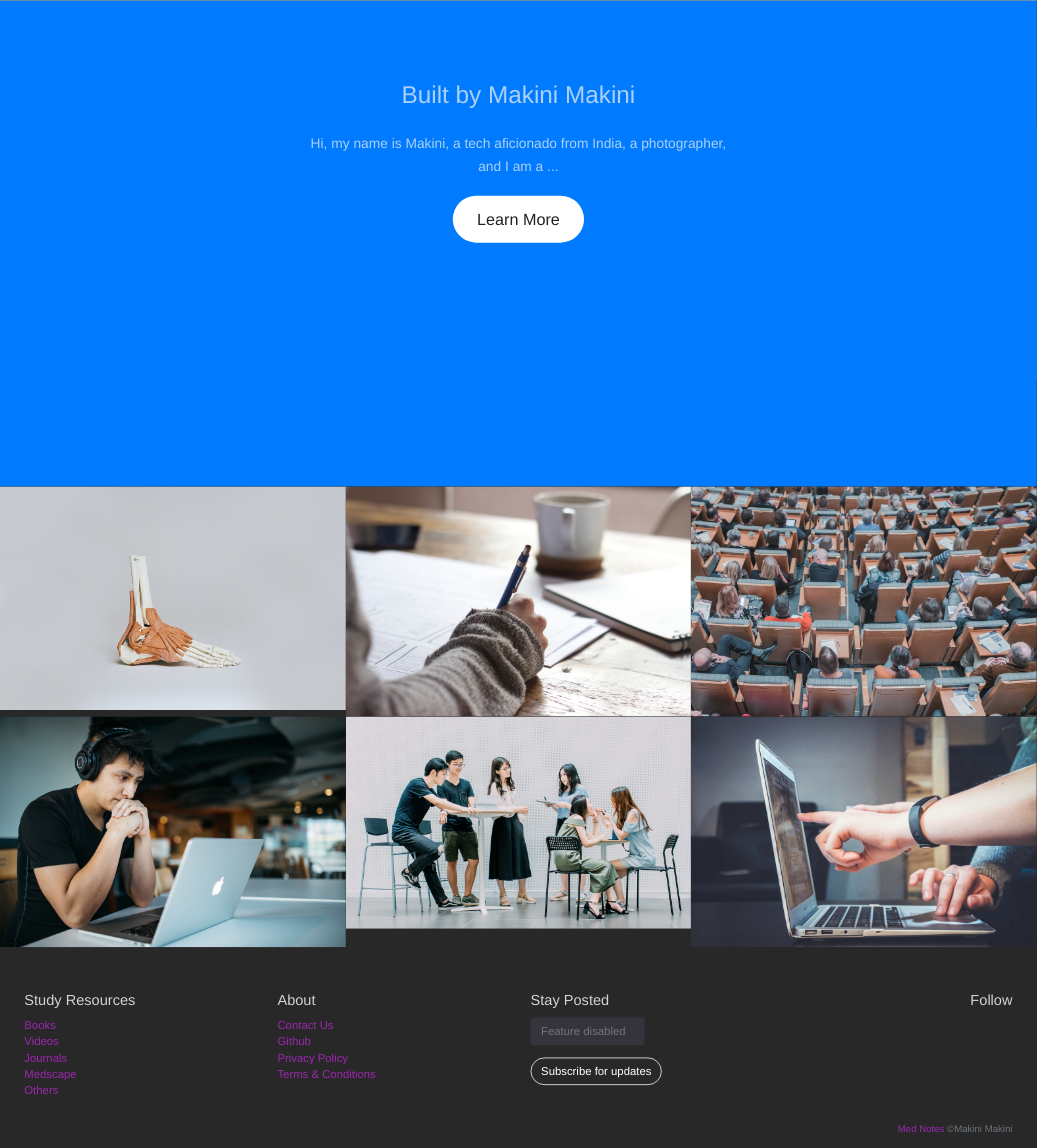
Repository: MakiniMakini/AMSUN-NOTES
Page: http://localhost/
An editor plug-in stored every save of this project. The page is shown before and after the next save, followed by the edit.
The browser window is 1280 px wide. The pictures show the part of the page from y = 787 to 2204 px (the page is 2204 px tall), at 81% of full size.
Some web fonts or font styles are not loaded; a fallback is used. The page is served by the project's application, run on Flask 3 (application.py). Other server files are loaded and not shown.

Above is the page before, as saved 2020-12-23 13:35:09.

### templates/home.html
{% extends "layout.html" %}

{% block title %}
    Home
{% endblock %}

{% block main %}


<header id="first">
    <div class="header-content">
        <div class="inner">
            {% if session.user_id %}
            <h1 class="cursive">Welcome, Medical Student Notes</h1>
            <h4>An easy way to watch Youtube Videos and save notes</h4>
            <hr>
                <a href="https://www.youtube.com" target="blank"  class="btn btn-primary btn-xl">Search Youtube</a> &nbsp; <a href="/home" class="btn btn-primary btn-xl page-scroll">Get Started</a>
            {% else %}
                <h1 class="cursive">Amsun Notes</h1>
                <hr>
                <a href="#video-background" id="toggleVideo" data-toggle="collapse" class="btn btn-primary btn-xl">About</a> &nbsp; <a href="/login" class="btn btn-primary btn-xl page-scroll">Get Started</a>
            {% endif %}
        </div>
    </div>
</header>
<section  id="one"  class="bg-primary" >
    <div class="container">
        <div class="row">
            <div class="col-lg-6 col-lg-offset-3 col-md-8 col-md-offset-2 text-center">
                <h2 class="margin-top-0  text-faded">Built by Makini Makini</h2>
                <br>
                <p class="text-faded">
                    Hi, my name is Makini, a tech aficionado from India, a photographer, and I am a ...
                </p>
                <a href="https://makini-makini.herokuapp.com" class="btn btn-default btn-xl page-scroll" target="blank">Learn More </a>
            </div>
        </div>
    </div>
</section>

<section id="three" class="no-padding">
    <div class="container-fluid">
        <div class="row no-gutter">
            <div class="col-lg-4 col-sm-6">
                <a href="#galleryModal" class="gallery-box" data-toggle="modal" data-src="./assets/deer.jpg">
                    <img src="/static/images/deer.jpg" class="img-responsive" alt="Image 1">
                    <div class="gallery-box-caption">
                        <div class="gallery-box-content">
                            <div>
                                <i class="icon-lg ion-ios-search"></i>
                            </div>
                        </div>
                    </div>
                </a>
            </div>
            <div class="col-lg-4 col-sm-6">
                <a href="#galleryModal" class="gallery-box" data-toggle="modal" data-src="/static/images/beach.jpg">
                    <img src="/static/images/beach.jpg" class="img-responsive" alt="Image 2">
                    <div class="gallery-box-caption">
                        <div class="gallery-box-content">
                            <div>
                                <i class="icon-lg ion-ios-search"></i>
                            </div>
                        </div>
                    </div>
                </a>
            </div>
            <div class="clearfix hidden-lg"> </div>
            <div class="col-lg-4 col-sm-6">
                <a href="#galleryModal" class="gallery-box" data-toggle="modal" data-src="./assets/lake.jpg">
                    <img src="/static/images/lake.jpg" class="img-responsive" alt="Image 3">
                    <div class="gallery-box-caption">
                        <div class="gallery-box-content">
                            <div>
                                <i class="icon-lg ion-ios-search"></i>
                            </div>
                        </div>
                    </div>
                </a>
            </div>
            <div class="col-lg-4 col-sm-6">
                <a href="#galleryModal" class="gallery-box" data-toggle="modal" data-src="./assets/bike.jpg">
                    <img src="/static/images/bike.jpg" class="img-responsive" alt="Image 4">
                    <div class="gallery-box-caption">
                        <div class="gallery-box-content">
                            <div>
                                <i class="icon-lg ion-ios-search"></i>
                            </div>
                        </div>
                    </div>
                </a>
            </div>
            <div class="clearfix hidden-lg"> </div>
            <div class="col-lg-4 col-sm-6">
                <a href="#galleryModal" class="gallery-box" data-toggle="modal" data-src="./assets/city.jpg">
                    <img src="/static/images/city.jpg" class="img-responsive" alt="Image 5">
                    <div class="gallery-box-caption">
                        <div class="gallery-box-content">
                            <div>
                                <i class="icon-lg ion-ios-search"></i>
                            </div>
                        </div>
                    </div>
                </a>
            </div>
            <div class="col-lg-4 col-sm-6">
                <a href="#galleryModal" class="gallery-box" data-toggle="modal" data-src="./assets/colors.jpg">
                    <img src="/static/images/colors.jpg" class="img-responsive" alt="Image 6">
                    <div class="gallery-box-caption">
                        <div class="gallery-box-content">
                            <div>
                                <i class="icon-lg ion-ios-search"></i>
                            </div>
                        </div>
                    </div>
                </a>
            </div>
        </div>
    </div>
</section>



<footer id="footer">
    <div class="container-fluid">
        <div class="row">
            <div class="col-xs-6 col-sm-3 column">
                <h4>Study Resources</h4>
                <ul class="list-unstyled">
                    <li><a href="https://www.pdfdrive.com/category/45" target="blank">Books</a></li>
                    <li><a href="https://www.youtube.com/c/osmosis/videos" target="blank">Videos</a></li>
                    <li><a href="http://www.freemedicaljournals.com" target="blank">Journals</a></li>
                    <li><a href="http://www.medscape.com" target="blank">Medscape</a></li>
                    <li><a href="https://www.youtube.com/user/armandohasudungan/videos" target="blank">Others</a></li>
                </ul>
            </div>
            <div class="col-xs-6 col-sm-3 column">
                <h4>About</h4>
                <ul class="list-unstyled">
                    <li><a href="mailto:brianmakini@gmail.com">Contact Us</a></li>
                    <li><a href="https://github.com/MakiniMakini" target="blank">Github</a></li>
                    <li><a href="#">Privacy Policy</a></li>
                    <li><a href="#">Terms &amp; Conditions</a></li>
                </ul>
            </div>
            <div class="col-xs-12 col-sm-3 column">
                <h4>Stay Posted</h4>
                <form>
                    <div class="form-group">
                      <input type="text" class="form-control-email" title="No spam, we promise!" placeholder="Feature disabled">
                    </div>
                    <div class="form-group">
                      <button class="btn btn-primary" data-toggle="modal" data-target="#alertModal" type="button">Subscribe for updates</button>
                    </div>
                </form>
            </div>
            <div class="col-xs-12 col-sm-3 text-right">
                <h4>Follow</h4>
                <ul class="list-inline">
                  <li><a rel="nofollow" href="" title="Twitter"><i class="icon-lg ion-social-twitter-outline"></i></a>&nbsp;</li>
                  <li><a rel="nofollow" href="" title="Facebook"><i class="icon-lg ion-social-facebook-outline"></i></a>&nbsp;</li>
                  <li><a rel="nofollow" href="" title="Dribble"><i class="icon-lg ion-social-dribbble-outline"></i></a></li>
                </ul>
            </div>
        </div>
        <br/>
        <span class="pull-right text-muted small"><a href="#">Med Notes</a> ©Makini Makini</span>
    </div>
</footer>

<!--scripts loaded here -->
<script src="/js/jquery.min.js"></script>
<script src="/js/bootstrap.min.js"></script>
<script src="/js/jquery.easing.min.js"></script>
<script src="/js/wow.js"></script>
<script src="/js/scripts.js"></script>


{% endblock %}

### templates/layout.html
<!DOCTYPE html>
<html lang="en">
    <head>
        <!-- Required meta tags -->
        <meta charset="utf-8">
        <meta name="viewport" content="width=device-width, initial-scale=1, shrink-to-fit=no">

        <!-- documentation at http://getbootstrap.com/docs/4.1/, alternative themes at https://bootswatch.com/ -->
        <link href="https://maxcdn.bootstrapcdn.com/bootstrap/4.1.3/css/bootstrap.min.css" rel="stylesheet">

        <!-- https://favicon.io/emoji-favicons/money-mouth-face/ -->
        <link href="/static/favicon.ico" rel="icon">

        <link href="/static/styles.css" rel="stylesheet">
        <link rel="stylesheet" href="/static/bootstrap.min.css" />
        <link rel="stylesheet" href="/static/animate.min.css" />
        <link rel="stylesheet" href="/static/ionicons.min.css" />
        <link rel="stylesheet" href="/static/styles2.css" />
        <link rel="stylesheet" href="/static/profile.css" />

        <script src="https://code.jquery.com/jquery-3.3.1.min.js"></script>
        <script src="https://cdnjs.cloudflare.com/ajax/libs/popper.js/1.14.3/umd/popper.min.js"></script>
        <script src="https://maxcdn.bootstrapcdn.com/bootstrap/4.1.3/js/bootstrap.min.js"></script>

        <title>AMSUN Notes: {% block title %}{% endblock %}</title>
    </head>

    <body>

        <nav class="navbar navbar-expand-md navbar-light bg-none pl-5 pr-5 m-0 fixed-top">
            <a class="navbar-brand" href="/"><span class="blue">A</span><span class="red">M</span><span class="yellow">S</span><span class="green">U</span><span class="yellow">N</span> <span class="blue">Notes</span></a>
            <button aria-controls="navbar" aria-expanded="false" aria-label="Toggle navigation" class="navbar-toggler" data-target="#navbar" data-toggle="collapse" type="button">
                <span class="navbar-toggler-icon"></span>
            </button>
            <div class="collapse navbar-collapse" id="navbar" >
                {% if session.user_id %}
                    <ul class="navbar-nav mr-auto mt-2">
                        <li class="nav-item"><a class="nav-link" href="/home">New Note</a></li>
                        <li class="nav-item"><a class="nav-link" href="/my_notes">My Notes</a></li>
                    </ul>
                    <ul class="navbar-nav ml-auto mt-2 navbar-right">
                        <li class="nav-item"><a class="nav-link" href="/profile">Profile</a></li>
                        <li class="nav-item"><a class="nav-link" href="/logout">Log Out</a></li>
                    </ul>
                {% else %}
                    <ul class="navbar-nav ml-auto mt-2 navbar-right">
                        <li class="nav-item"><a class="nav-link" href="/register">Register</a></li>
                        <li class="nav-item"><a class="nav-link" href="/login">Log In</a></li>
                    </ul>
                {% endif %}
            </div>
        </nav>

        {% if get_flashed_messages() %}
            <header>
                <div class="alert alert-primary border text-center" role="alert">
                    {{ get_flashed_messages() | join(" ") }}
                </div>
            </header>
        {% endif %}

        <main class="container p-0">

        </main>
        {% block main %}{% endblock %}

        <footer class="small text-center text-muted fixed-bottom bg-none">
             <a href="https://makini-makini.herokuapp.com">© Makini Makini 2020</a>
        </footer>

    </body>
</html>

### static/styles.css
nav .navbar-brand {
	/* size for brand */
	font-size: xx-large;
}

/* colors for brand */
nav .navbar-brand .blue {
	color: #537fbe;
}
nav .navbar-brand .red {
	color: #ea433b;
}
nav .navbar-brand .yellow {
	color: #f5b82e;
}
nav .navbar-brand .green {
	color: #2e944b;
}

.navbar .nav-link {
	color: whitesmoke !important;
}

main .form-control {
	/* center form controls */
	display: inline-block;

	/* override Bootstrap's 100% width for form controls */
	width: auto;
}

main {
	/* scroll horizontally as needed */
	overflow-x: auto;

	/* center contents */
	text-align: center;
}

main img {
	/* constrain images on small screens */
	max-width: 100%;
}

/* Style the image inside the centered container, if needed */
.centered img {
	width: 150px;
	border-radius: 50%;
}

textarea {
	font-family: monospace;
}

.section_name {
	text-align: center;
	padding: 0;
}

.form-form {
	text-align: center;
	padding-top: 10vh;
}
.btn:focus {
	outline: none !important;
}

.form-control-email {
	text-align: left;
	display: block;
	width: 50%;
	height: 35px;
	padding: 6px 12px;
	font-size: 14px;
	line-height: 1.5;
	color: #eee;
	background-color: #36333d;
	background-image: none;
	border: 1px solid #36333d;
	border-radius: 4px;
	box-shadow: inset 0 1px 1px rgba(0, 0, 0, 0.075);
	transition: border-color ease-in-out .15s, box-shadow ease-in-out .15s;
}
.form-control-email:focus {
	outline: none;
}

### static/profile.css
/* Profile container */
.profile {
	margin: 20px 0;
}

/* Profile sidebar */
.profile-sidebar {
	padding: 20px 0 10px 0;
	background: #fff;
}

.profile-userpic img {
	float: none;
	margin: 0 auto;
	width: 50%;
	height: 50%;
	-webkit-border-radius: 50% !important;
	-moz-border-radius: 50% !important;
	border-radius: 50% !important;
}

.profile-usertitle {
	text-align: center;
	margin-top: 20px;
}

.profile-usertitle-name {
	color: #5a7391;
	font-size: 16px;
	font-weight: 600;
	margin-bottom: 7px;
}

.profile-usertitle-job {
	text-transform: uppercase;
	color: #5b9bd1;
	font-size: 12px;
	font-weight: 600;
	margin-bottom: 15px;
}

.profile-userbuttons {
	text-align: center;
	margin-top: 10px;
}

.profile-userbuttons .btn {
	text-transform: uppercase;
	font-size: 11px;
	font-weight: 600;
	padding: 6px 15px;
	margin-right: 5px;
}

.profile-userbuttons .btn:last-child {
	margin-right: 0px;
}

.profile-usermenu {
	margin-top: 30px;
}

.profile-usermenu ul li {
	border-bottom: 1px solid #f0f4f7;
}

.profile-usermenu ul li:last-child {
	border-bottom: none;
}

.profile-usermenu ul li a {
	color: #93a3b5;
	font-size: 14px;
	font-weight: 400;
}

.profile-usermenu ul li a i {
	margin-right: 8px;
	font-size: 14px;
}

.profile-usermenu ul li a:hover {
	background-color: #fafcfd;
	color: #5b9bd1;
}

.profile-usermenu ul li.active {
	border-bottom: none;
}

.profile-usermenu ul li.active a {
	color: #5b9bd1;
	background-color: #f6f9fb;
	border-left: 2px solid #5b9bd1;
	margin-left: -2px;
}

/* Profile Content */
.profile-content {
	padding: 20px;
	background: #fff;
	min-height: 460px;
}

Loaded but not shown: static/bootstrap.min.css (library); static/animate.min.css (library); static/ionicons.min.css (library); js/jquery.min.js (library); js/bootstrap.min.js (library); js/jquery.easing.min.js (library); js/wow.js (library); js/scripts.js (34 lines, source omitted); static/styles2.css (530 lines, source omitted); application.py (250 lines, source omitted)

After the next save:
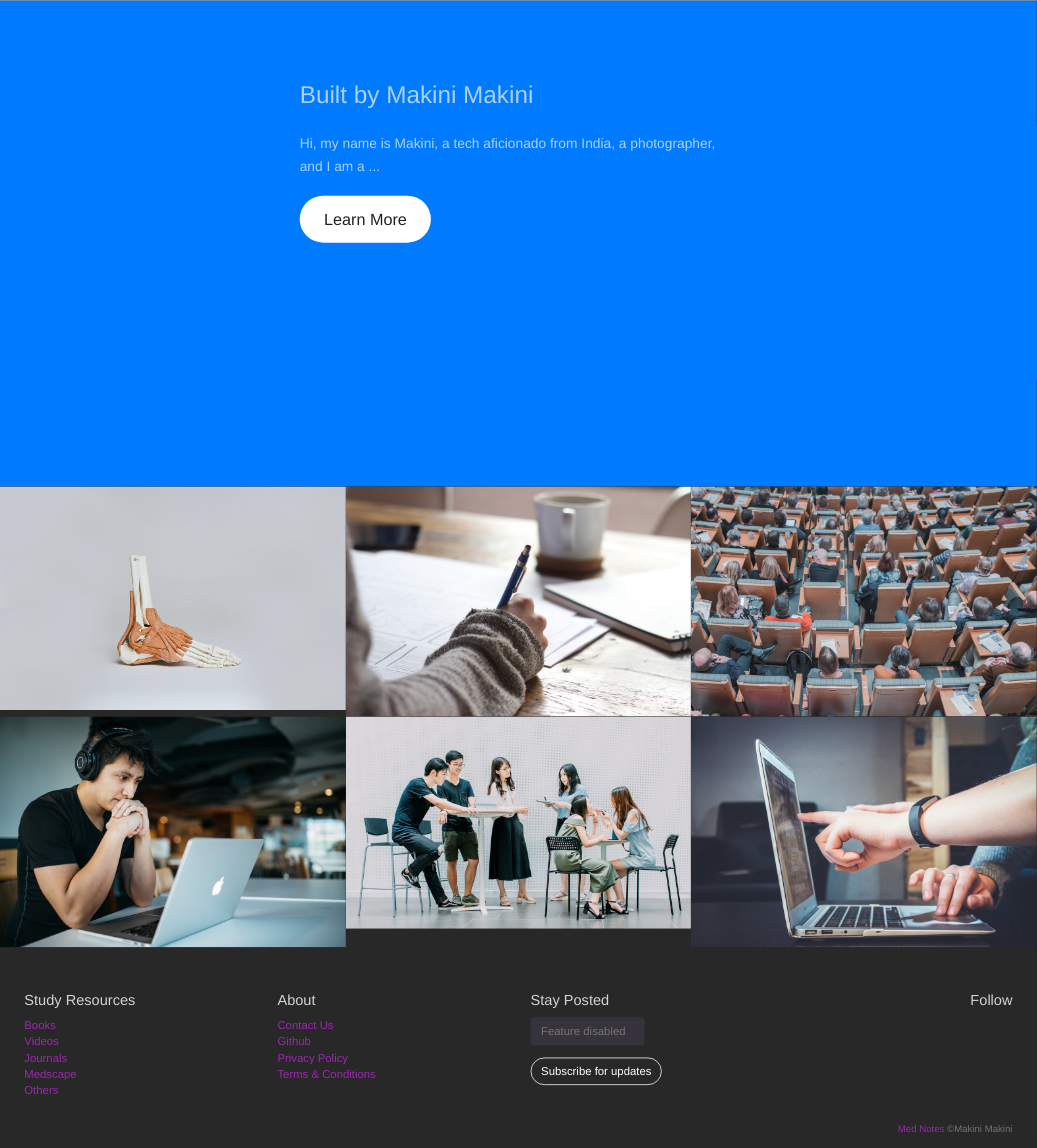
Saved 111 s later.
--- a/templates/home.html
+++ b/templates/home.html
@@ -26,7 +26,7 @@
 <section  id="one"  class="bg-primary" >
     <div class="container">
         <div class="row">
-            <div class="col-lg-6 col-lg-offset-3 col-md-8 col-md-offset-2 text-center">
+            <div class="col-lg-6 col-lg-offset-3 col-md-8 col-md-offset-2">
                 <h2 class="margin-top-0  text-faded">Built by Makini Makini</h2>
                 <br>
                 <p class="text-faded">

After the save that followed:
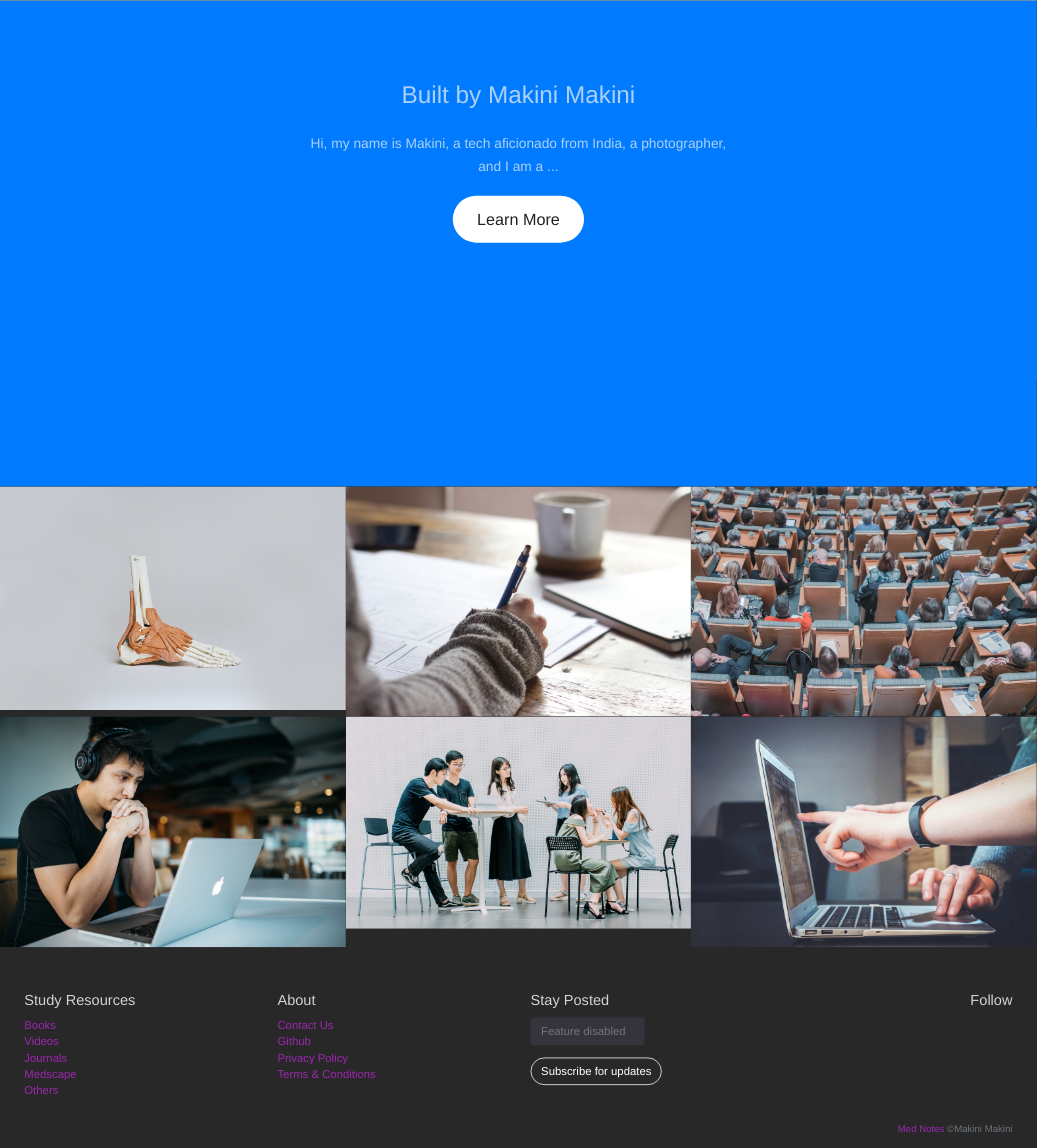
Saved 14 s later.
--- a/templates/home.html
+++ b/templates/home.html
@@ -26,7 +26,7 @@
 <section  id="one"  class="bg-primary" >
     <div class="container">
         <div class="row">
-            <div class="col-lg-6 col-lg-offset-3 col-md-8 col-md-offset-2">
+            <div class="col-lg-6 col-lg-offset-3 col-md-8 col-md-offset-2 text-center">
                 <h2 class="margin-top-0  text-faded">Built by Makini Makini</h2>
                 <br>
                 <p class="text-faded">
